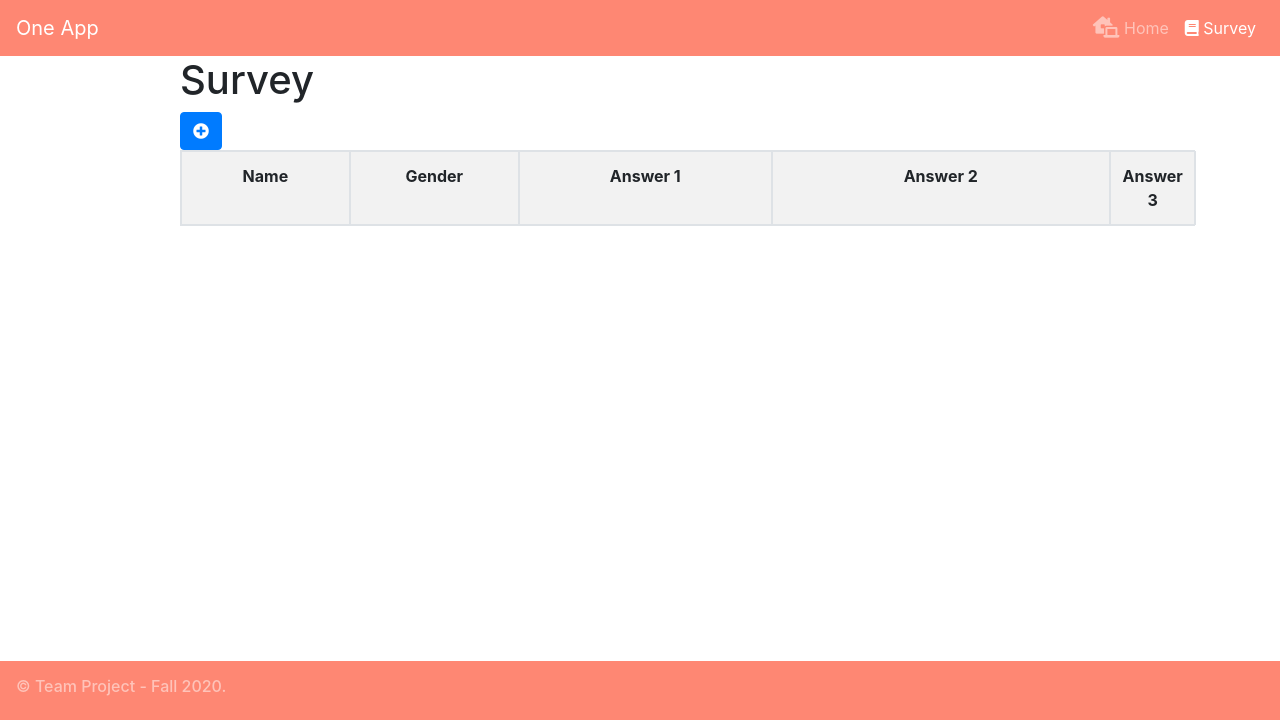
Repository: Dyazho/group-project
Page: http://localhost/survey
An editor plug-in stored every save of this project. The page is shown before and after the next save, followed by the edit.
The browser window is 1280 px wide. The pictures show the whole page.
The page is served by the project's Node server (server.js). Queries for data that is not in the repository find no rows.

Above is the page before, as saved 2020-11-16 11:08:39.

After the next save:
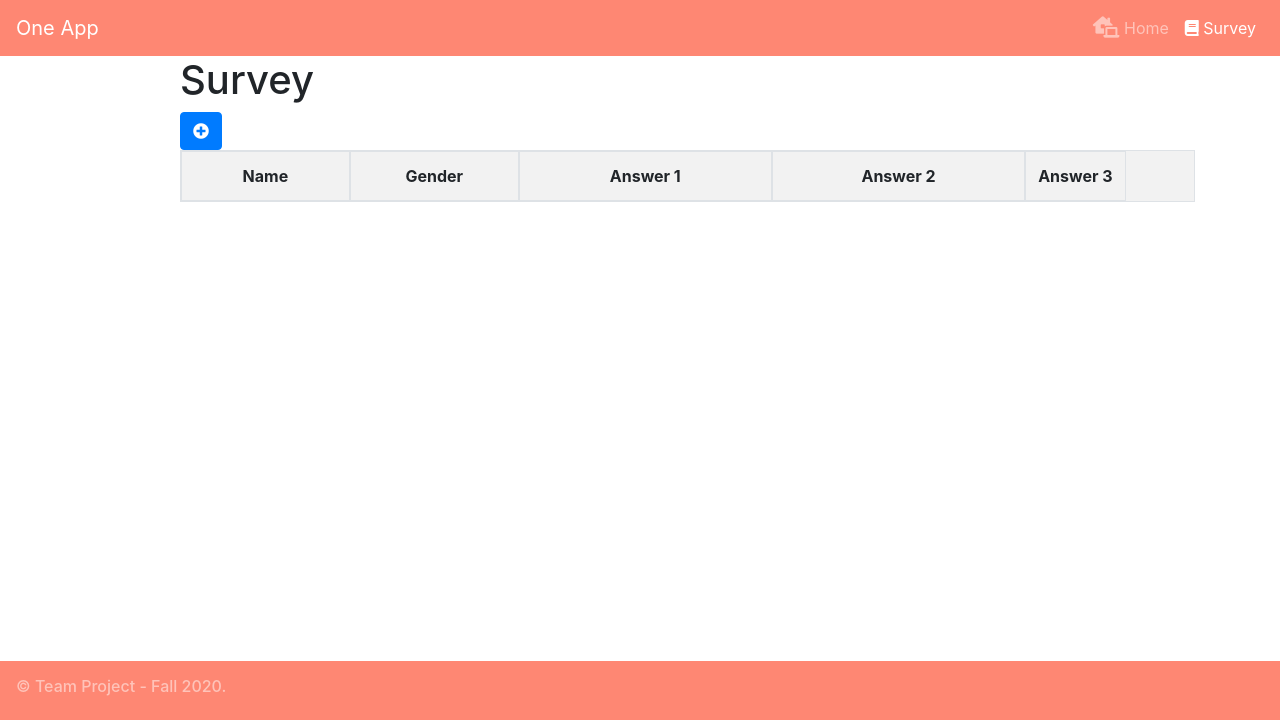
Saved 8 s later.
--- a/server/views/book/list.ejs
+++ b/server/views/book/list.ejs
@@ -17,7 +17,7 @@
                     <th class="text-center col-2">Name</th>
                     <th class="text-center col-2">Gender</th>
                     <th class="text-center col-3">Answer 1</th>
-                    <th class="text-center col-4">Answer 2</th>
+                    <th class="text-center col-3">Answer 2</th>
                     <th class="text-center col-">Answer 3</th>
                 </tr>
 
